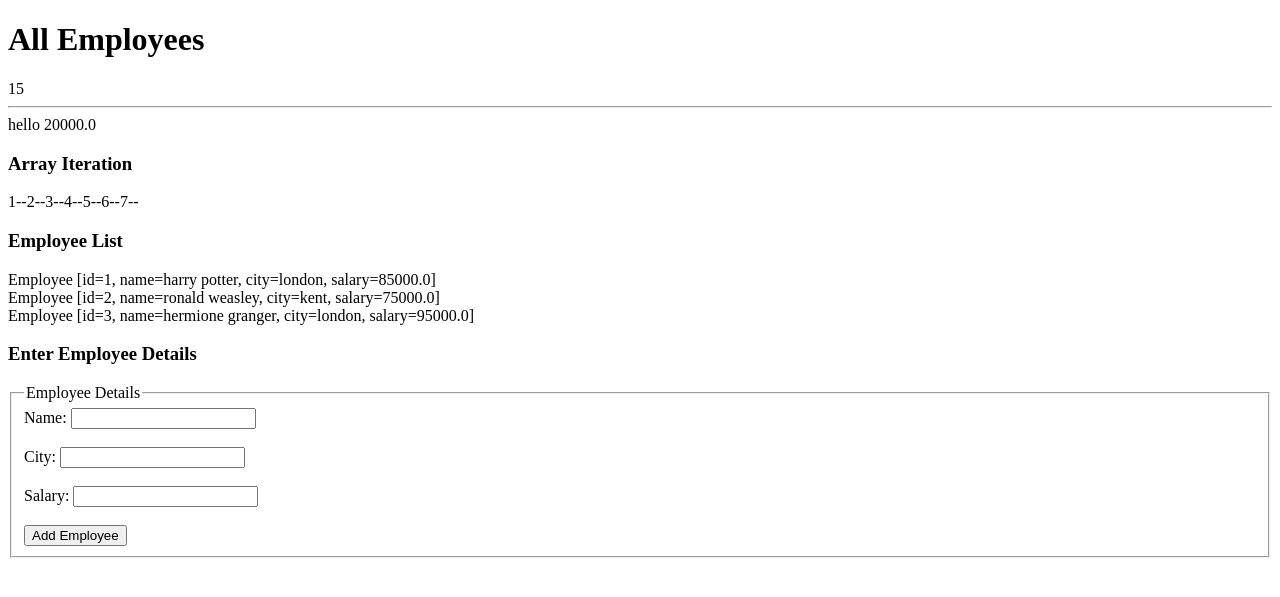
Repository: imtiyaz-hirani/cg-jan-23
Page: http://localhost/MySpringApp/employees
An editor plug-in stored every save of this project. The page is shown before and after the next save, followed by the edit.
The browser window is 1280 px wide. The pictures show the whole page.
The page is served by Tomcat 9. Other server files are loaded and not shown.

Above is the page before, as saved 2023-01-12 09:29:31.

### MySpringApp/WebContent/WEB-INF/jsps/employees.jsp
<%@page import="com.spring.app.main.model.Employee"%>
<%@page import="java.util.List"%>
<%@ page language="java" contentType="text/html; charset=ISO-8859-1"
    pageEncoding="ISO-8859-1"%>
<!DOCTYPE html>
<html>
<head>
<meta charset="ISO-8859-1">
<title>Insert title here</title>
</head>
<body>
<h1>All Employees</h1>
<%
int x=5;
int y=10;
%>
<%=x+y %>
 <hr>
 <%
 	String value = (String)request.getAttribute("msg");
 	double priceVal = (double) request.getAttribute("price");

 %>
 <%=value %>
 <%=priceVal %>

 <h3>Array Iteration</h3>
 <%
 Integer[] iarry = (Integer[])request.getAttribute("iarry");

 for(Integer i :iarry){
	 out.print(i + "--");
 }
 %>

 <h3>Employee List</h3>

 <%
 	List<Employee> list = (List) request.getAttribute("list");

 	for(Employee e : list){
 		out.print(e + "<BR>");
 	}
 %>

 <h3>Enter Employee Details</h3>
 <fieldset>
 <legend>Employee Details</legend>
 <form action="" method="">
 	<label>Name: </label>
 	<input type="text" name="ename"> <br /> <br />
 	<label>City: </label>
 	<input type="text" name="ecity"> <br /> <br />
 	<label>Salary: </label>
 	<input type="number" name="esalary"> <br /> <br />
 	<input type="submit" value="Add Employee">
 </form>
 </fieldset>
</body>
</html>

<!--
Java Code
HTML Code + CSS
 -->

### MySpringApp/src/com/spring/app/main/model/Employee.java
package com.spring.app.main.model;

public class Employee {
	private int id;
	private String name;
	private String city;
	private double salary;

	public Employee() { }

	public Employee(int id, String name, String city, double salary) {
		super();
		this.id = id;
		this.name = name;
		this.city = city;
		this.salary = salary;
	}

	public int getId() {
		return id;
	}

	public void setId(int id) {
		this.id = id;
	}

	public String getName() {
		return name;
	}

	public void setName(String name) {
		this.name = name;
	}

	public String getCity() {
		return city;
	}

	public void setCity(String city) {
		this.city = city;
	}

	public double getSalary() {
		return salary;
	}

	public void setSalary(double salary) {
		this.salary = salary;
	}

	@Override
	public String toString() {
		return "Employee [id=" + id + ", name=" + name + ", city=" + city + ", salary=" + salary + "]";
	}


}

After the next save:
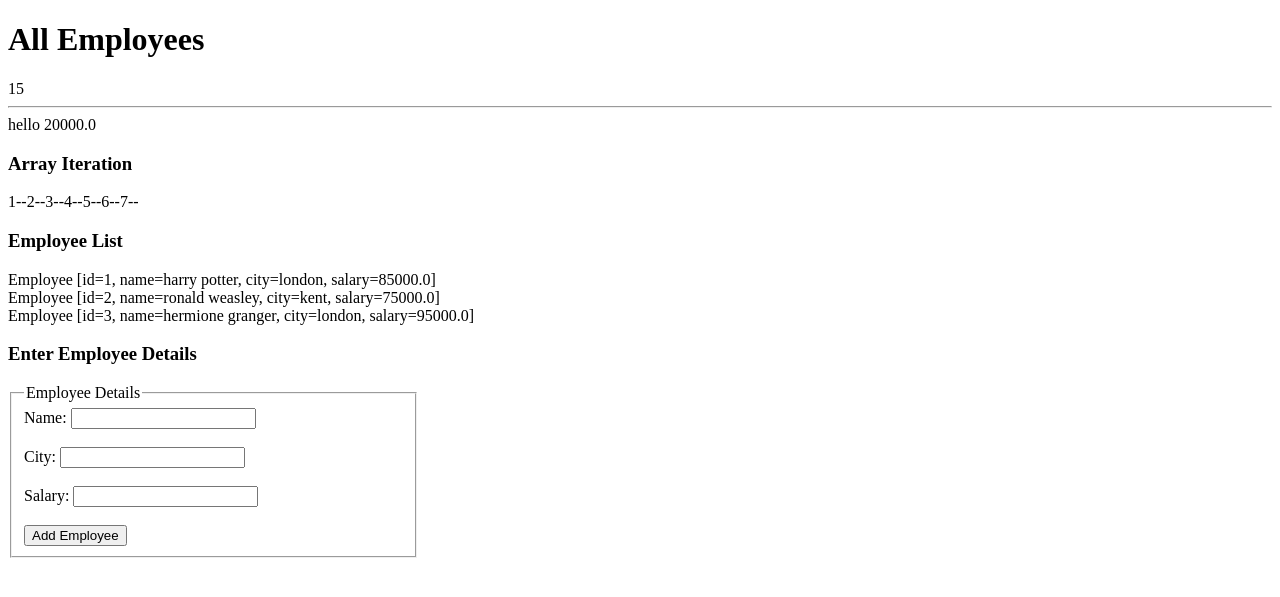
Saved 47 s later.
--- a/MySpringApp/WebContent/WEB-INF/jsps/employees.jsp
+++ b/MySpringApp/WebContent/WEB-INF/jsps/employees.jsp
@@ -44,7 +44,7 @@ int y=10;
  %>
 
  <h3>Enter Employee Details</h3>
- <fieldset>
+ <fieldset style="width: 30%">
  <legend>Employee Details</legend>
  <form action="" method="">
  	<label>Name: </label>
